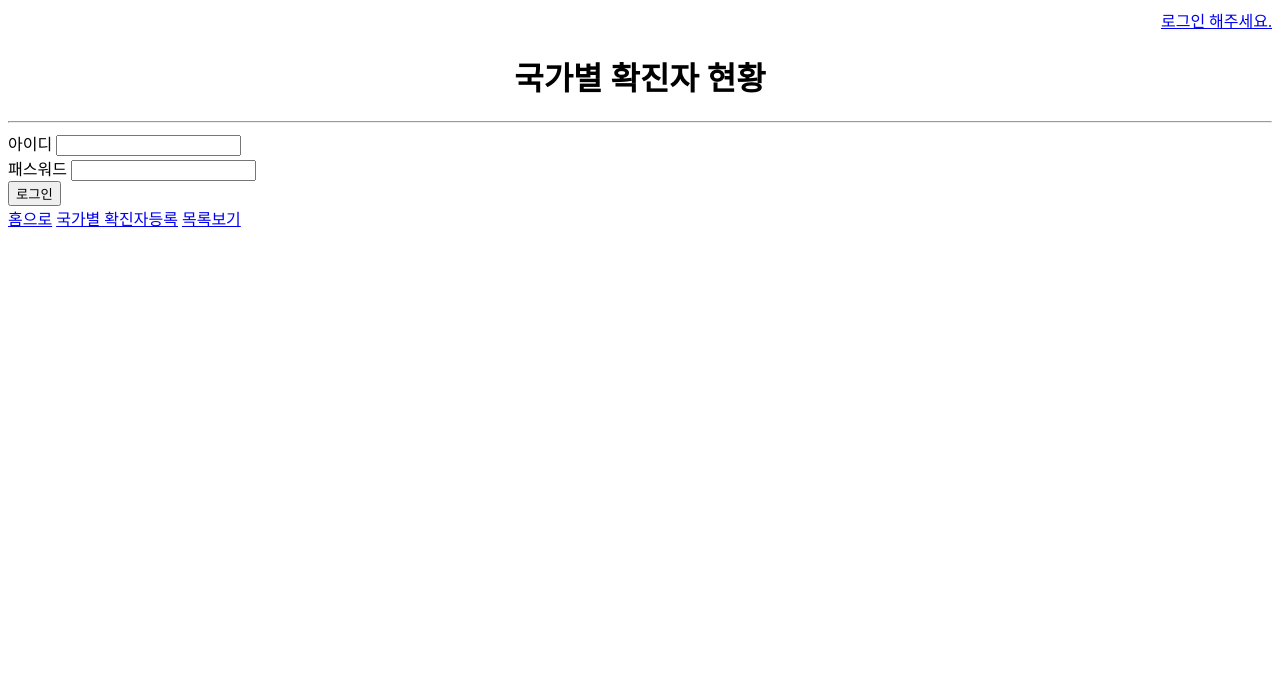
Repository: midrash/fileUpload-Test
Page: spring-ajax-test-frontend/index.html
An editor plug-in stored every save of this project. The page is shown before and after the next save, followed by the edit.
The browser window is 1280 px wide. The pictures show the whole page.

Above is the page before, as saved 2020-10-28 08:58:34.

### spring-ajax-test-frontend/index.html
<!DOCTYPE html>
<html>
<head>
<meta charset="UTF-8">
<title>Insert title here</title>
<style>
#loginInfo {
	text-align: right;
}

#head {
	text-align: center;
}

.inputtitle {
	display: inline-block;
	width: 100px;
	background: silver;
	text-align: center;
}
</style>
<script	src="https://ajax.googleapis.com/ajax/libs/jquery/3.5.1/jquery.min.js"></script>
<script>
	let root = '/test';
	let isLogin = false;
	let loginUser = {
		id: ''
	}
</script>
</head>
<body>
	<div id="loginInfo">
	</div>

	<h1 id="head">국가별 확진자 현황</h1>
	<hr>
	<div id="countryListArea">
	<form action="deletes">
		<table>
			<thead>
			<tr>
				<th>국가번호</th>
				<th>국가명</th>
				<th>확진자수</th>
				<th>지역</th>
				<th>삭제</th>
			</tr>
			</thead>
			<tbody id="ListBody">

			</tbody>
		</table>
		<div>
			<button>선택항목삭제</button>
		</div>
	</form>

	<!--------------------------------------------------------------------------------------------------------------->
	<div id="countryDetailArea">
		<label for="ccode" class="inputtitle">국가 번호</label>
		<input type="text" id="detail_ccode">
		<br>
		<label for="cname" class="inputtitle">국가명</label>
		<input type="text" id="detail_cname">
		<br>
		<label for="patient" class="inputtitle">확진자수</label>
		<input type="text" id="detail_patient">
		<br>
		<label for="rcode" class="inputtitle">지역</label>
		<input type="text" id="detail_rname">
	</div>


	<!--------------------------------------------------------------------------------------------------------------->
	</div>
	<div id="countryRegistArea">
		<h2>확진자 현황 등록</h2>
	<form id="registForm">
		<label for="ccode" class="inputtitle">국가 코드</label>
		<input type="text" name="ccode" id="ccode">
		<br>
		<label for="cname" class="inputtitle">국가명</label>
		<input type="text" name="cname" id="cname">
		<br>
		<label for="patient" class="inputtitle">확진자수</label>
		<input type="number" name="patient" id="patient">
		<br>
		<label for="rcode" class="inputtitle">지역</label>
		<select id="rcode" name="rcode">
			<option value="eu">유럽
			<option value="na">북아메리카
			<option value="as">아시아
		</select>
		<br>
		<input type="submit" value="확진자 현황 등록">
		<input type="reset" value="초기화">
	</form>
	<div>
			<a href="#">홈으로</a> <a href="/country/regist">국가별 확진자등록</a> <a
				href="$/country/list">목록보기</a>
		</div>
	</div>


	<!--------------------------------------------------------------------------------------------------------------->
	<div id="loginArea">
		<div id="loginMsg">
			<h2>이미 로그인 되있습니다.</h2>
		</div>
		<div id="loginFormDiv">
			<div>
				<label>아이디</label> <input type="text" id="id">
			</div>
			<div>
				<label>패스워드</label> <input type="password" id="pw">
			</div>
			<div>
				<button type="button" id="LoginBtn">로그인</button>
			</div>
		</div>
		<div>
			<a href="#">홈으로</a>
			<a href="/country/regist">국가별 확진자등록</a>
			<a href="#" id="viewList" >목록보기</a>
		</div>


	</div>
	<script >
	// 로그인 여부에 따라서 화면의 멘트 체인지
	if (isLogin){
		$("#loginInfo").html(`${loginUser.id }님 로그인되었습니다. <a	href="${root}/user/logout">로그아웃</a>`);
		$("#loginMsg").show();
		$("#loginFormDiv").hide();
		$("#countryListArea").hide();


	} else {
		$("#loginInfo").html(`<a href="${root}">로그인 해주세요.</a>`);
		$("#loginMsg").hide();
		$("#loginFormDiv").show();

	}
	$("#countryListArea,#countryRegistArea,#countryDetailArea").hide();

	// 상세 이벤트 처리

	$("#ListBody").on("click"," a",function(){
		console.log($(this).text());
		$.ajax({
			url: `${root}/country/detail.do`,
			data: {
				ccode : $(this).text()
			},
			dataType :'json',
			success: function(data){
				console.dir(data);
				$("#detail_ccode").val(data.ccode);
				$("#detail_cname").val(data.cname);
				$("#detail_patient").val(data.patient);
				$("#detail_rname").val(data.rname);
			},
			error : function(){
				alert("상세 정보 조회시 문제 발생");
			}
		});



	});


	// 목록 이벤트 처리
	$("#viewList").click(function(){
		$.ajax({
			url: `${root}/country/list.do`,
			dataType :'json',
			success: function(data){
				console.dir(data);
				$("#ListBody").html("");
				$.each(data,function(i,v){
				console.log(i,v);
				$("#ListBody").append(`
					<tr>
						<td><a href="#detail?ccode=${v.ccode}">${v.ccode}</a></td>
						<td>${v.cname}</td>
						<td>${v.patient}</td>
						<td>${v.rname}</td>
						<td><input type="checkbox" name="ccodes" value="${v.ccode}"></td>
					</tr>
					`);
				});
				$("#loginArea").hide();
				$("#countryRegistArea").hide();
				$("#countryListArea").show();
				$("#countryDetailArea").hide();

			},
			error: function(){
					alert("조회시 에러 발생");
			}
		});
	});


	// 등록 이벤트 처리
	$("#registForm").submit(function(e){
// 		console.log("서브밋 버튼 클릭됨");
		e.preventDefault(); // 기본 이벤트를 중단시키기

// 		console.log($("#registForm").serialize());
		$.ajax({
			url: `${root}/country/regist.do`,
			type:'POST',
			data: $("#registForm").serialize(),
			dataType :'json',
			success: function(data){
				console.dir(data);
				if (data.result == "0") {
					alert("등록시 문제 발생");
				}else{
					alert("코로나 현황 정보가 등록되었습니다.")
					//폼 데이터를 빈값으로 변경
					$("#registForm")[0].reset();
				}
			},
			error : function(){
				alert("등록시 문제 발생");
			}
		});
	})



	// 로그인 버튼 이벤트 설정하기
	$("#LoginBtn").click(function(){
		// 사용자가 입력한 내용을 /user/login.do를 처리하는 메서드로 ajax 요청
		$.ajax({
			url: `${root}/user/login.do`,
			type:'POST',
			data: {
				id:$('#id').val(),
				pw:$('#pw').val()
			},
			dataType :'json',
			success: function(data){
				console.dir(data);
				if (data.result == "0") {
					alert("아이디 또는 패스워드를 확인하세요")
				}else{
					$("#countryRegistArea").show();
					$("#loginArea").hide();
					$("#detailArea").hide();
					$("#countryDetailArea").hide();
				}
			}
		});
	});

	</script>
</body>
</html>

After the next save:
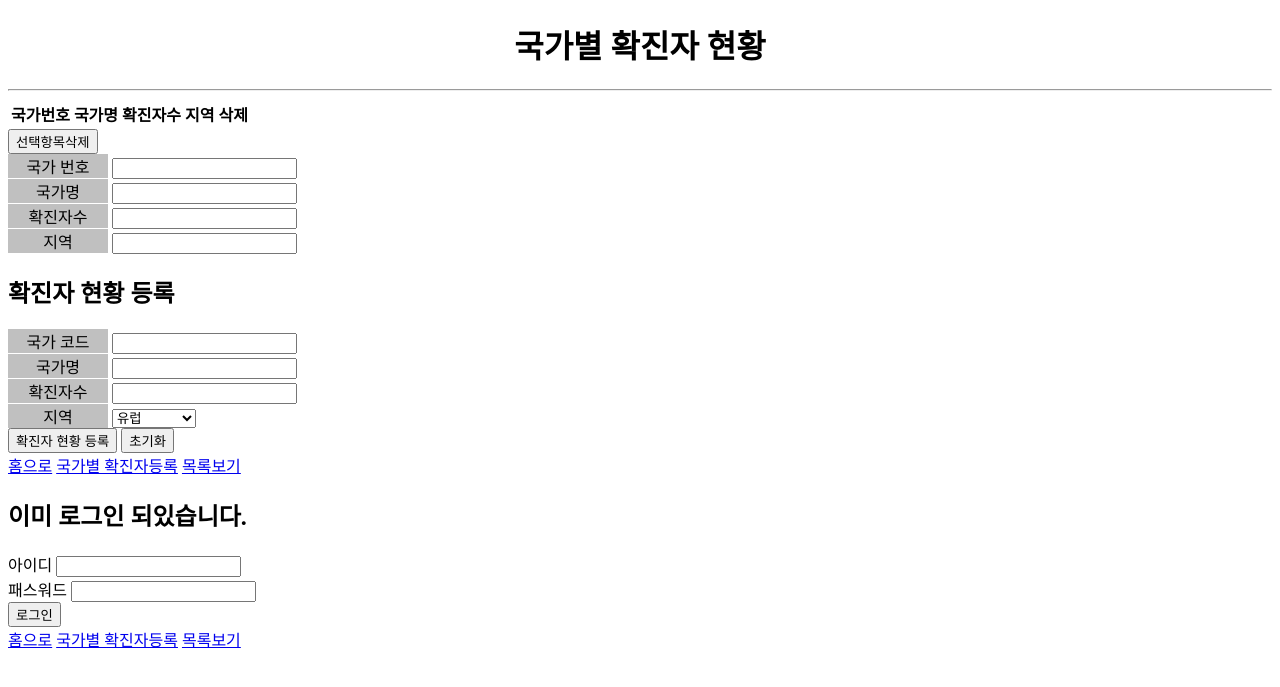
Console error: SyntaxError: Unexpected identifier '$'
Saved 110 s later.
--- a/spring-ajax-test-frontend/index.html
+++ b/spring-ajax-test-frontend/index.html
@@ -163,6 +163,11 @@
 			error : function(){
 				alert("상세 정보 조회시 문제 발생");
 			}
+			$("#loginArea").hide();
+			$("#countryRegistArea").hide();
+			$("#countryListArea").hide();
+			$("#countryDetailArea").show();
+
 		});
 
 

After the 2 saves that followed:
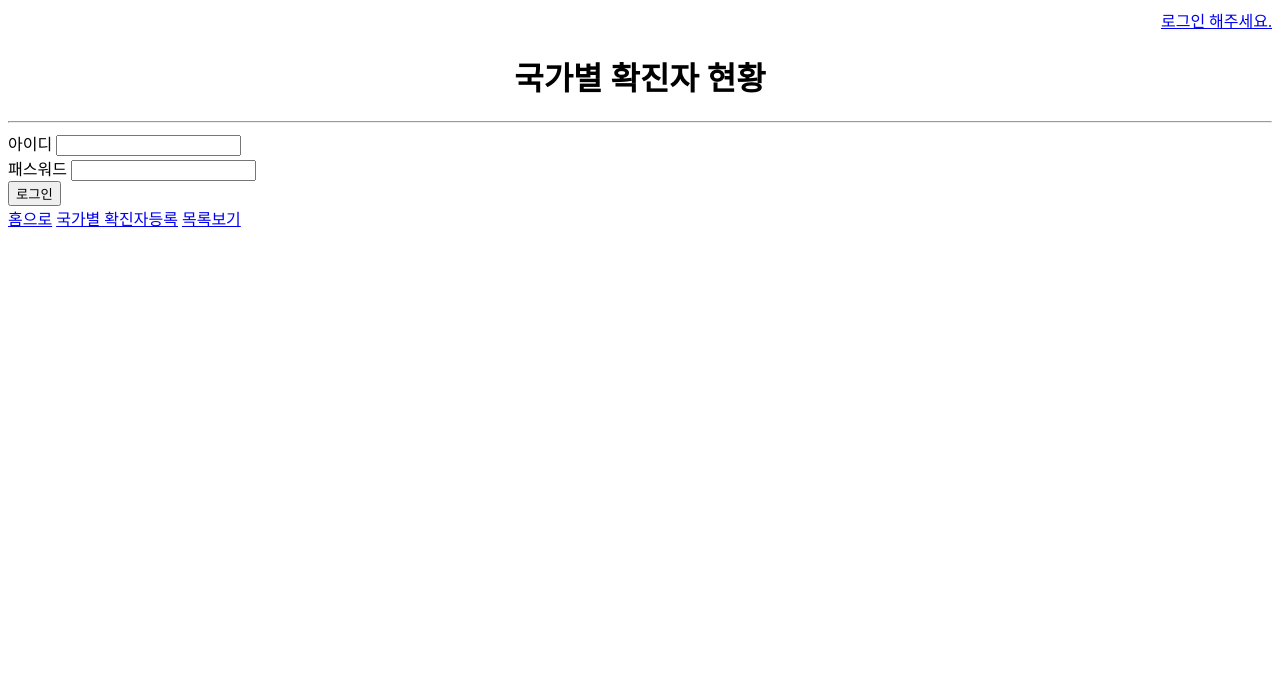
The error is gone.
The 2 saves are shown as one change because 1 left the picture as it was.
The last was saved 41 s later.
--- a/spring-ajax-test-frontend/index.html
+++ b/spring-ajax-test-frontend/index.html
@@ -163,13 +163,13 @@
 			error : function(){
 				alert("상세 정보 조회시 문제 발생");
 			}
+
+		});
+
 			$("#loginArea").hide();
 			$("#countryRegistArea").hide();
 			$("#countryListArea").hide();
 			$("#countryDetailArea").show();
-
-		});
-
 
 
 	});
